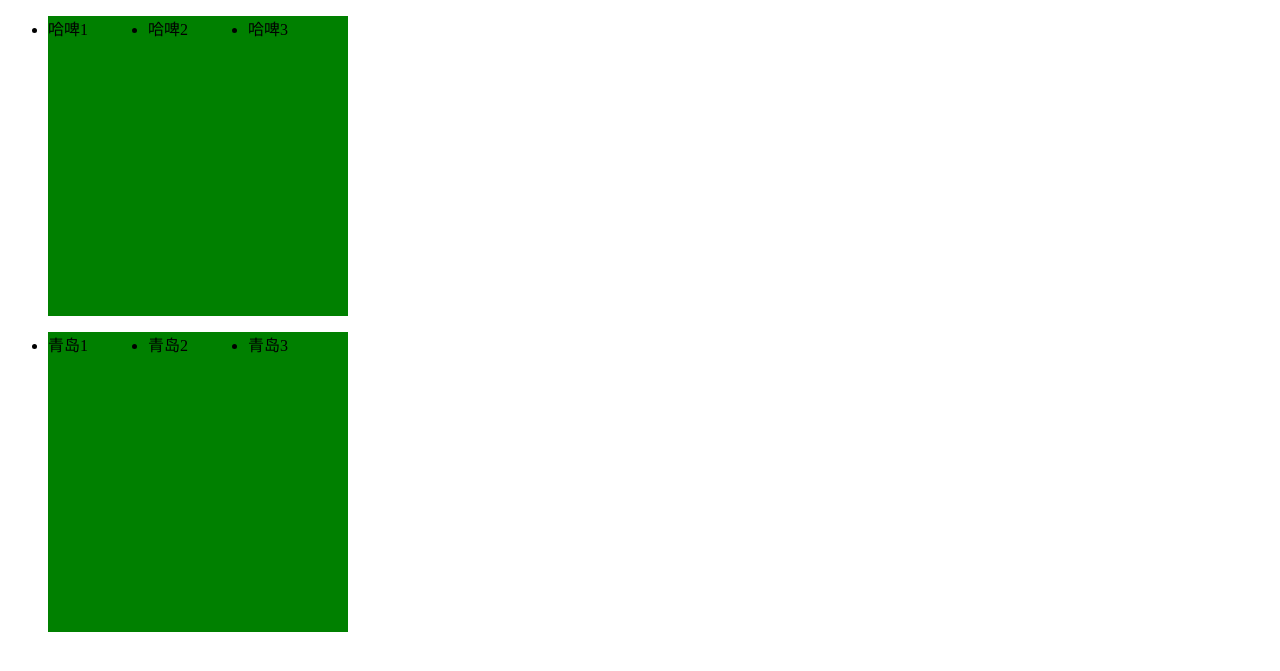
Repository: wyhzglgithub/mygitremote
Page: css/21-内墙法.html
An editor plug-in stored every save of this project. The page is shown before and after a run of saves, followed by the edit.
The browser window is 1280 px wide. The pictures show the whole page.

Above is the page before, as saved 2021-10-13 17:31:35.

After the next 8 saves:
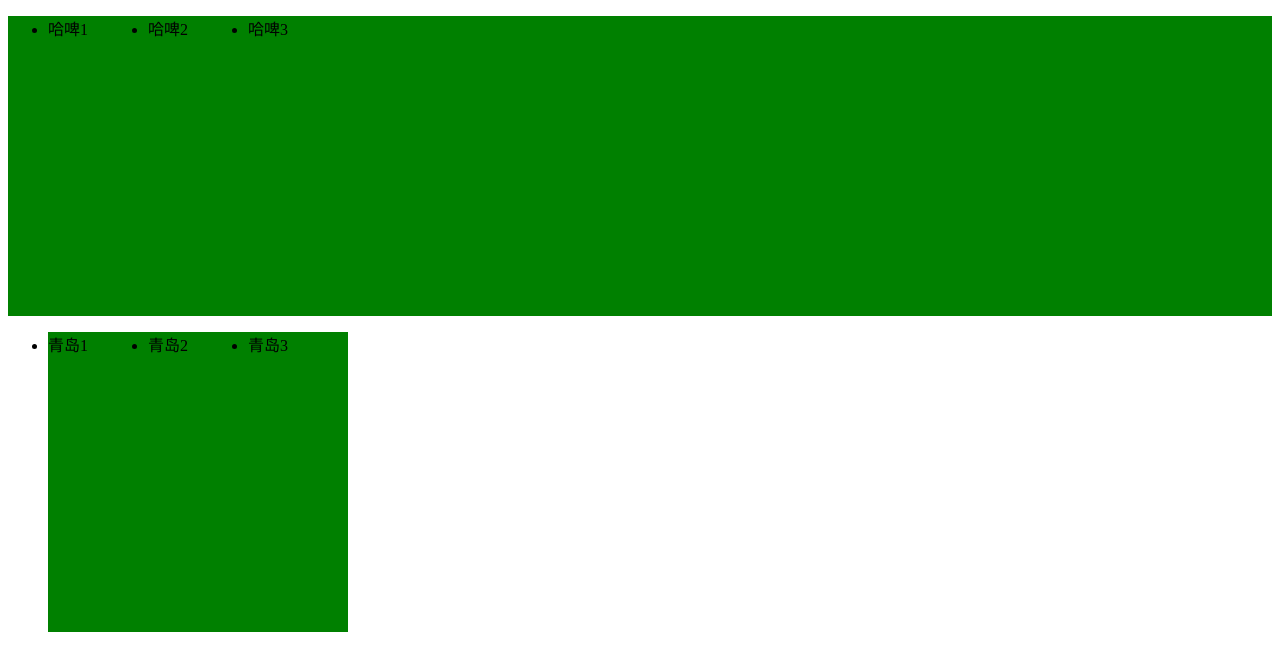
The 8 saves are shown as one change because they came seconds apart.
The last was saved 38 s later.
--- a/css/21-内墙法.html
+++ b/css/21-内墙法.html
@@ -6,6 +6,9 @@
     <meta name="viewport" content="width=device-width, initial-scale=1.0">
     <title>内墙法清除浮动</title>
     <style type="text/css">
+        div{
+            background-color: green;
+        }
         li{
             float: left;
             width: 100px;
